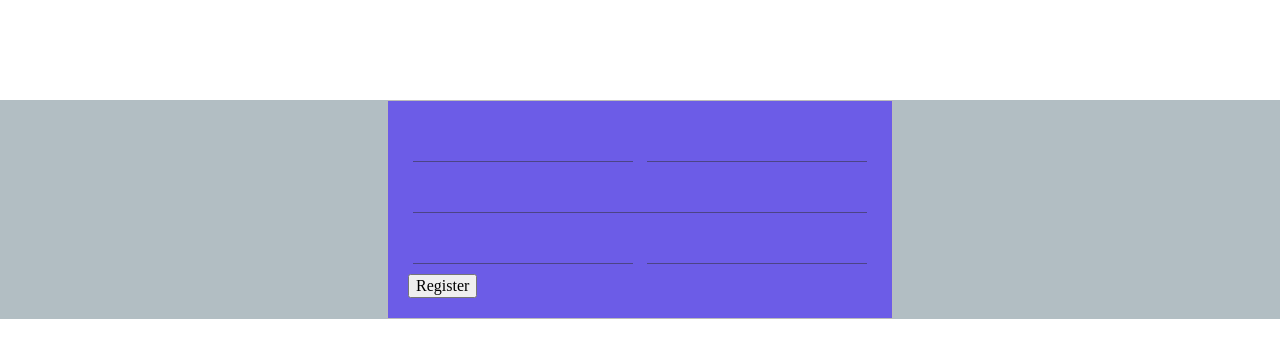
Repository: AMAmine89/vanilla-projects
Page: formo/index.html
The author's editor kept a copy of each file at every save. The page is drawn from the files as they stood at one save, then again after the next save.
The browser window is 1280 px wide. The pictures show the whole page.

Above is the page before, as saved 2021-05-05 07:10:17.

After the next save:
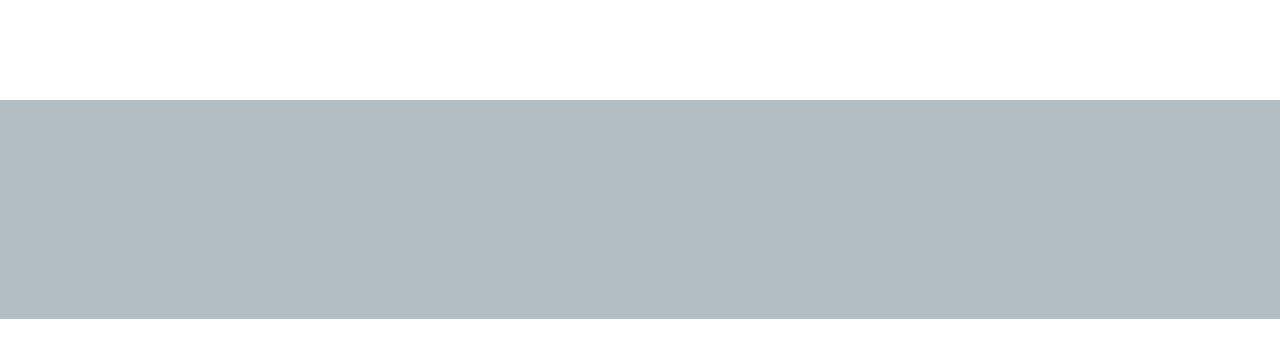
Saved 36 s later.
--- a/formo/style.css
+++ b/formo/style.css
@@ -14,6 +14,7 @@
     -moz-border-radius: 0%;
     -ms-border-radius: 0%;
     -o-border-radius: 0%;
+    z-index: -2;
 }
 
 div {

After the 2 saves that followed:
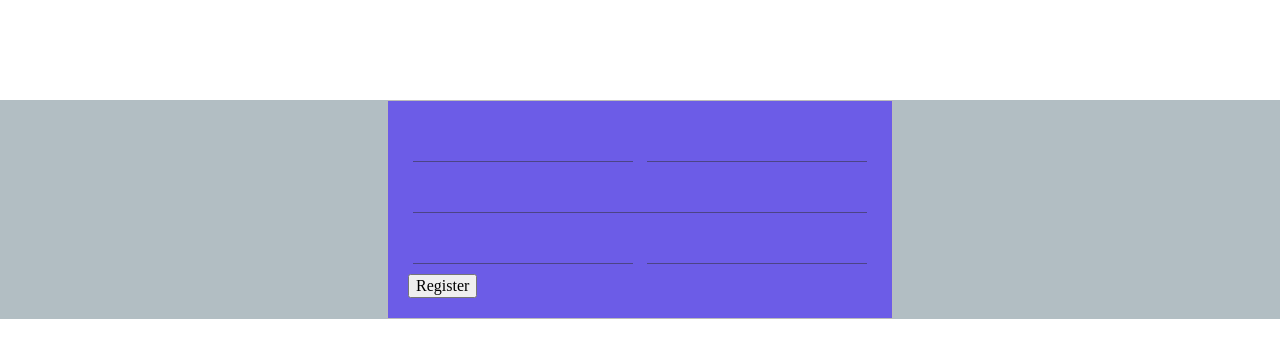
The 2 saves are shown as one change because 1 left the picture as it was.
The last was saved 27 s later.
--- a/formo/style.css
+++ b/formo/style.css
@@ -14,7 +14,6 @@
     -moz-border-radius: 0%;
     -ms-border-radius: 0%;
     -o-border-radius: 0%;
-    z-index: -2;
 }
 
 div {
